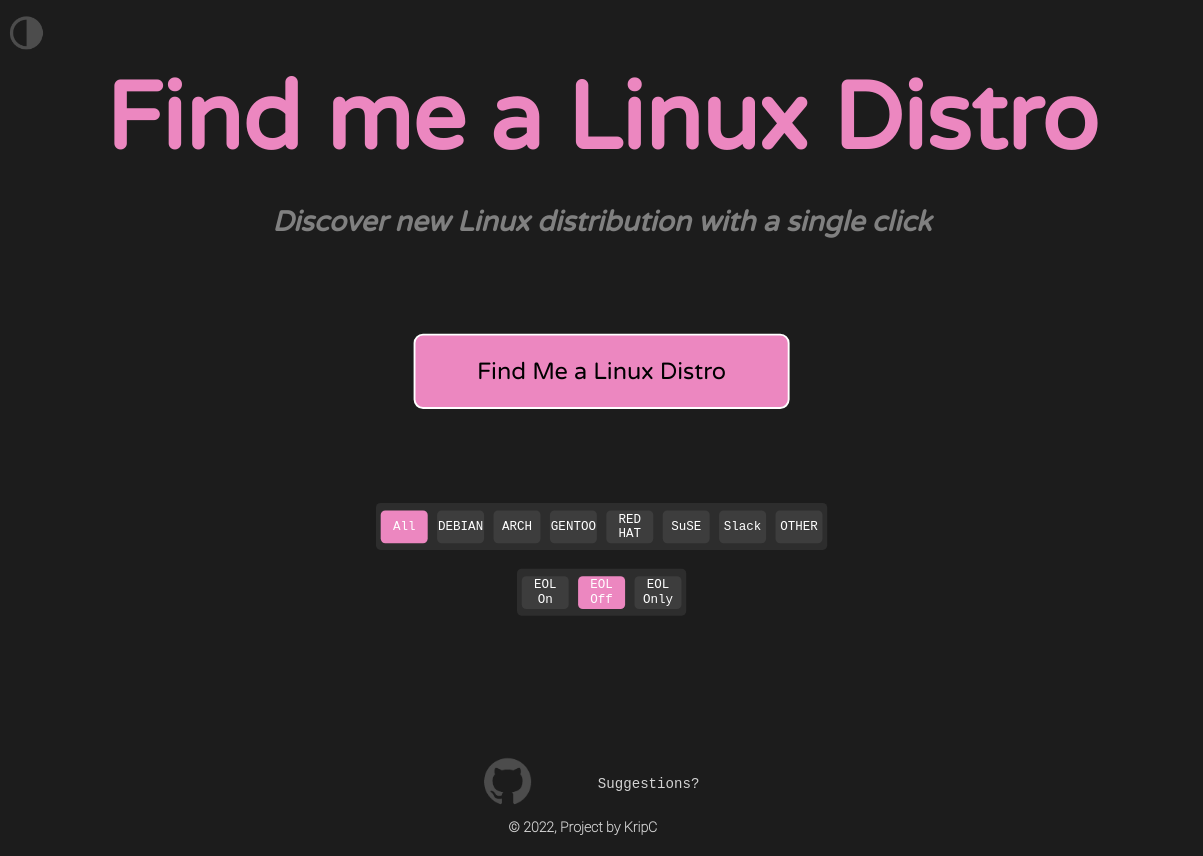
Repository: KripC2160/FindMeALinuxDistro
Page: index.html
An editor plug-in stored every save of this project. The page is shown before and after the next save, followed by the edit.
The browser window is 1280 px wide. The pictures show the whole page, at 94% of full size.

Above is the page before, as saved 2022-05-17 21:51:08.

After the next save:
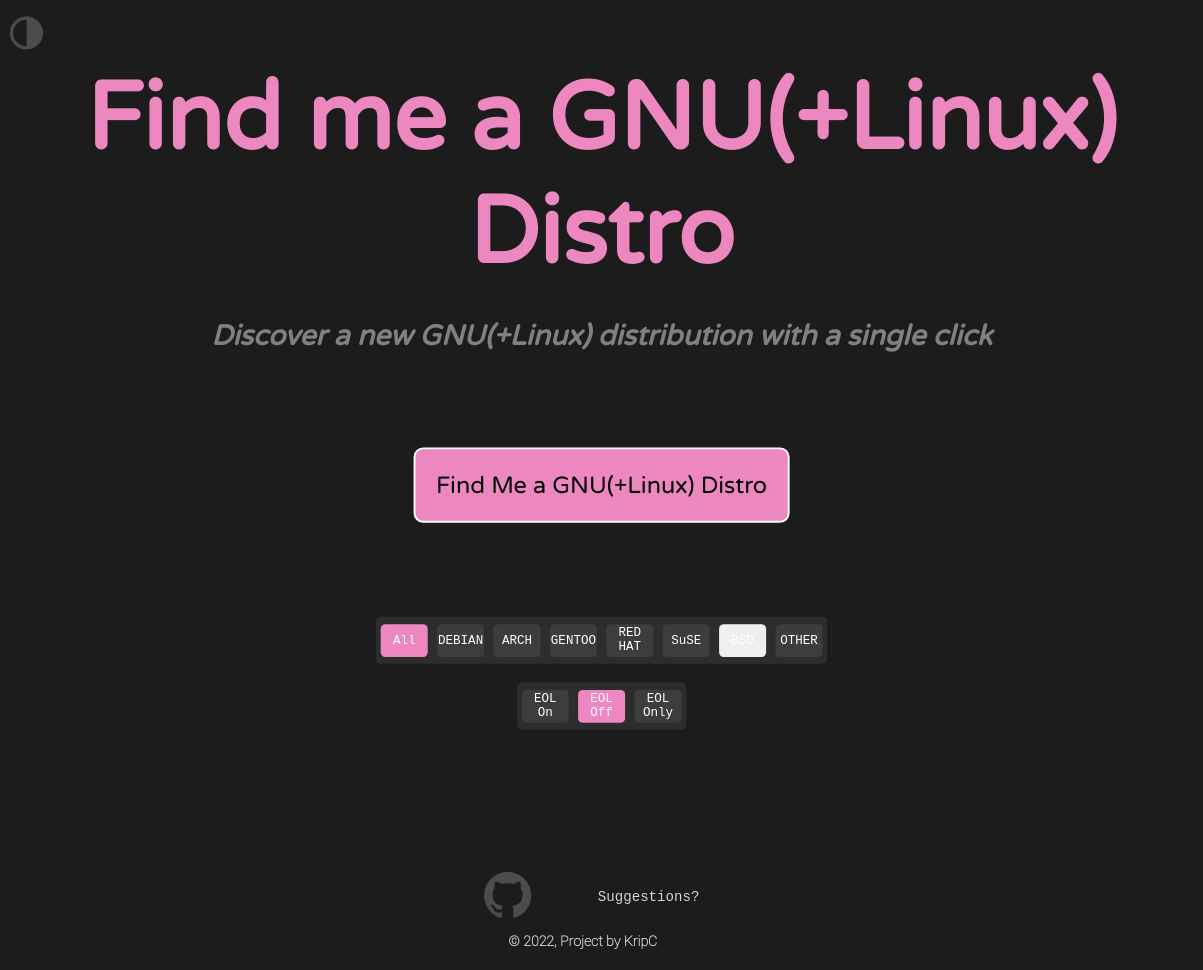
Saved 13 min 4 s later.
--- a/index.html
+++ b/index.html
@@ -3,7 +3,7 @@
     <head>
         <meta charset="utf-8">
         <meta name="viewport" content="width=device-width, initial-scale=1.0">
-        <title>Find Me a Linux Distro</title>
+        <title>Find Me a GNU(+Linux) Distro</title>
         <link rel="preconnect" href="https://fonts.gstatic.com">
         <link rel="shortcut icon" type="image/png" href="img/randomdistrofavicon.png">
         <link rel="stylesheet" type="text/css"href="css/style.css" />
@@ -11,15 +11,15 @@
     <body onload="changeButtonColor()">
         <script src="js/script.js"></script>
         <script src="js/handlelink.js"></script>
-        <h1 class="BigTitle" id="BigTitle">Find me a Linux Distro</h1>
-        <h3 class="smallerTitle">Discover new Linux distribution with a single click</h3>
+        <h1 class="BigTitle" id="BigTitle">Find me a GNU(+Linux) Distro</h1>
+        <h3 class="smallerTitle">Discover a new GNU(+Linux) distribution with a single click</h3>
         <div class="darkmode">
             <button id="dmbutton" onclick="dmchange()">
                 <img src="img/thememode.png" id="dmimg">
             </button>
         </div>
         <div class="content">
-            <button id="random-button" onclick="clicked()">Find Me a Linux Distro</button>
+            <button id="random-button" onclick="clicked()">Find Me a GNU(+Linux) Distro</button>
         </div>
         <div class="FMALDportal">
             <span class="tip">You can choose specific variant of distributions you want to see using this option</span>
@@ -31,6 +31,7 @@
             <button class="FMALDREDHAT" id="FMALDREDHAT" onclick="TOGGLEREDHAT()">RED HAT</button>
             <button class="FMALDSUSE" id="FMALDSUSE" onclick="TOGGLESUSE()">SuSE</button>
             <button class="FMALDSLACK" id="FMALDSLACK" onclick="TOGGLESLACK()">Slack</button>
+            <button class="FMALDSLACK" id="FMALDSLACK" onclick="TOGGLEBSD()">BSD</button>
             <button class="FMALDOTHER" id="FMALDOTHER" onclick="TOGGLEOTHER()">OTHER</button>
         </div>
         <div class="EOLsettings">
